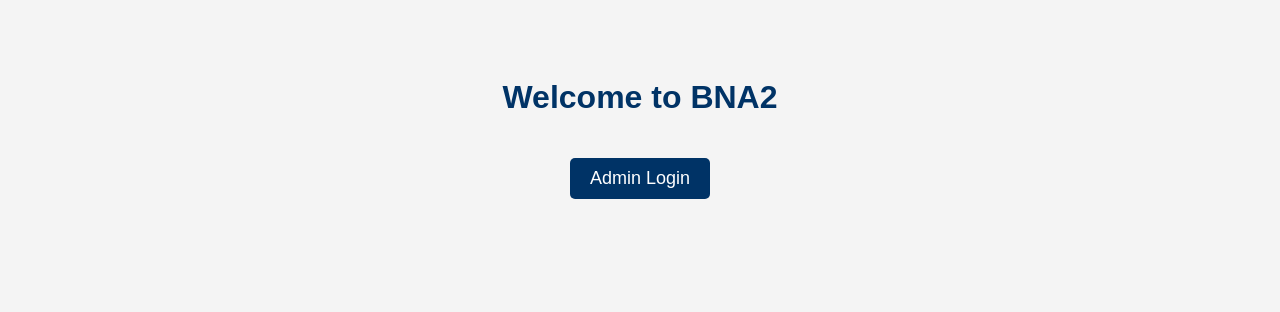
Repository: The-man-of-books/BNA2
Page: BNA2-backend/templates/index.html
The author's editor kept a copy of each file at every save. The page is drawn from the files as they stood at one save, then again after the next save.
The browser window is 1280 px wide. The pictures show the whole page.
The page's requests for data from a server got no answer.

Above is the page before, as saved 2025-07-06 14:10:28.

### BNA2-backend/templates/index.html
<!DOCTYPE html>
<html lang="en">
<head>
    <meta charset="UTF-8">
    <meta name="viewport" content="width=device-width, initial-scale=1.0">
    <title>Home Page - BNA2</title>
    <style>
        body {
            font-family: Arial, sans-serif;
            background-color: #f4f4f4;
            text-align: center;
            padding-top: 50px;
        }
        h1 {
            color: #003366;
        }
        a {
            display: inline-block;
            padding: 10px 20px;
            margin-top: 20px;
            background-color: #003366;
            color: white;
            text-decoration: none;
            font-size: 18px;
            border-radius: 5px;
            transition: background-color 0.3s;
        }
        a:hover {
            background-color: #00509e;
        }
    </style>
</head>
<body>
    <h1>Welcome to BNA2</h1>
    <a href="/admin-login">Admin Login</a>
</body>
</html>

After the next save:
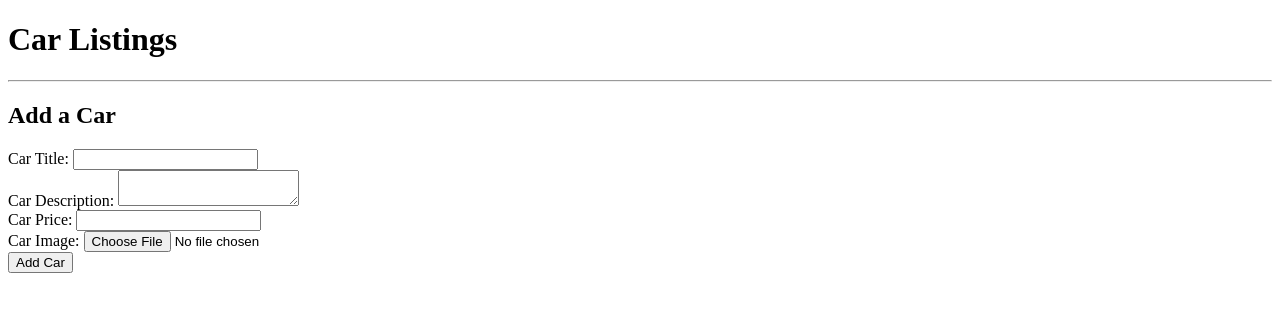
Saved 48 min 23 s later.
--- a/BNA2-backend/templates/index.html
+++ b/BNA2-backend/templates/index.html
@@ -1,37 +1,86 @@
 <!DOCTYPE html>
 <html lang="en">
 <head>
-    <meta charset="UTF-8">
-    <meta name="viewport" content="width=device-width, initial-scale=1.0">
-    <title>Home Page - BNA2</title>
-    <style>
-        body {
-            font-family: Arial, sans-serif;
-            background-color: #f4f4f4;
-            text-align: center;
-            padding-top: 50px;
-        }
-        h1 {
-            color: #003366;
-        }
-        a {
-            display: inline-block;
-            padding: 10px 20px;
-            margin-top: 20px;
-            background-color: #003366;
-            color: white;
-            text-decoration: none;
-            font-size: 18px;
-            border-radius: 5px;
-            transition: background-color 0.3s;
-        }
-        a:hover {
-            background-color: #00509e;
-        }
-    </style>
+  <meta charset="UTF-8" />
+  <meta name="viewport" content="width=device-width, initial-scale=1.0"/>
+  <title>Car Listings</title>
+  <script src="https://code.jquery.com/jquery-3.6.0.min.js"></script>
 </head>
 <body>
-    <h1>Welcome to BNA2</h1>
-    <a href="/admin-login">Admin Login</a>
+  <h1>Car Listings</h1>
+
+  <!-- Display Cars -->
+  <div id="car-list"></div>
+
+  <hr>
+
+  <!-- Admin Form -->
+  <h2>Add a Car</h2>
+  <form id="car-form" enctype="multipart/form-data">
+    <label for="title">Car Title:</label>
+    <input type="text" id="title" name="title" required><br>
+
+    <label for="desc">Car Description:</label>
+    <textarea id="desc" name="desc" required></textarea><br>
+
+    <label for="price">Car Price:</label>
+    <input type="text" id="price" name="price" required><br>
+
+    <label for="imageFile">Car Image:</label>
+    <input type="file" id="imageFile" name="imageFile" accept="image/*" required><br>
+
+    <button type="submit">Add Car</button>
+  </form>
+
+  <script>
+    // Fetch cars from the backend and display them
+    function fetchCars() {
+      $.get("/cars", { file: "cars.json" }, function (data) {
+        $('#car-list').empty();
+        data.forEach(function(car) {
+          $('#car-list').append(`
+            <div class="car">
+              <h3>${car.make || car.title}</h3>
+              <p>${car.description || car.desc}</p>
+              <p><strong>Price:</strong> ${car.price}</p>
+              <img src="${car.image}" alt="${car.make || car.title}" width="200">
+            </div>
+          `);
+        });
+      });
+    }
+
+    // Handle the form submission to add a new car
+    document.getElementById('car-form').addEventListener('submit', async (e) => {
+      e.preventDefault();
+
+      const formData = new FormData();
+      formData.append('make', document.getElementById('title').value); // 'make' = title
+      formData.append('description', document.getElementById('desc').value);
+      formData.append('price', document.getElementById('price').value);
+      formData.append('imageFile', document.getElementById('imageFile').files[0]);
+
+      try {
+        const response = await fetch('/add_car', {
+          method: 'POST',
+          body: formData
+        });
+
+        if (!response.ok) {
+          throw new Error('Failed to add car');
+        }
+
+        alert('✅ Car added successfully!');
+        fetchCars(); // Refresh list
+        document.getElementById('car-form').reset(); // Clear form
+      } catch (err) {
+        console.error(err);
+        alert('❌ Error adding car: ' + err.message);
+      }
+    });
+
+    // Load cars on page load
+    fetchCars();
+  </script>
 </body>
 </html>
